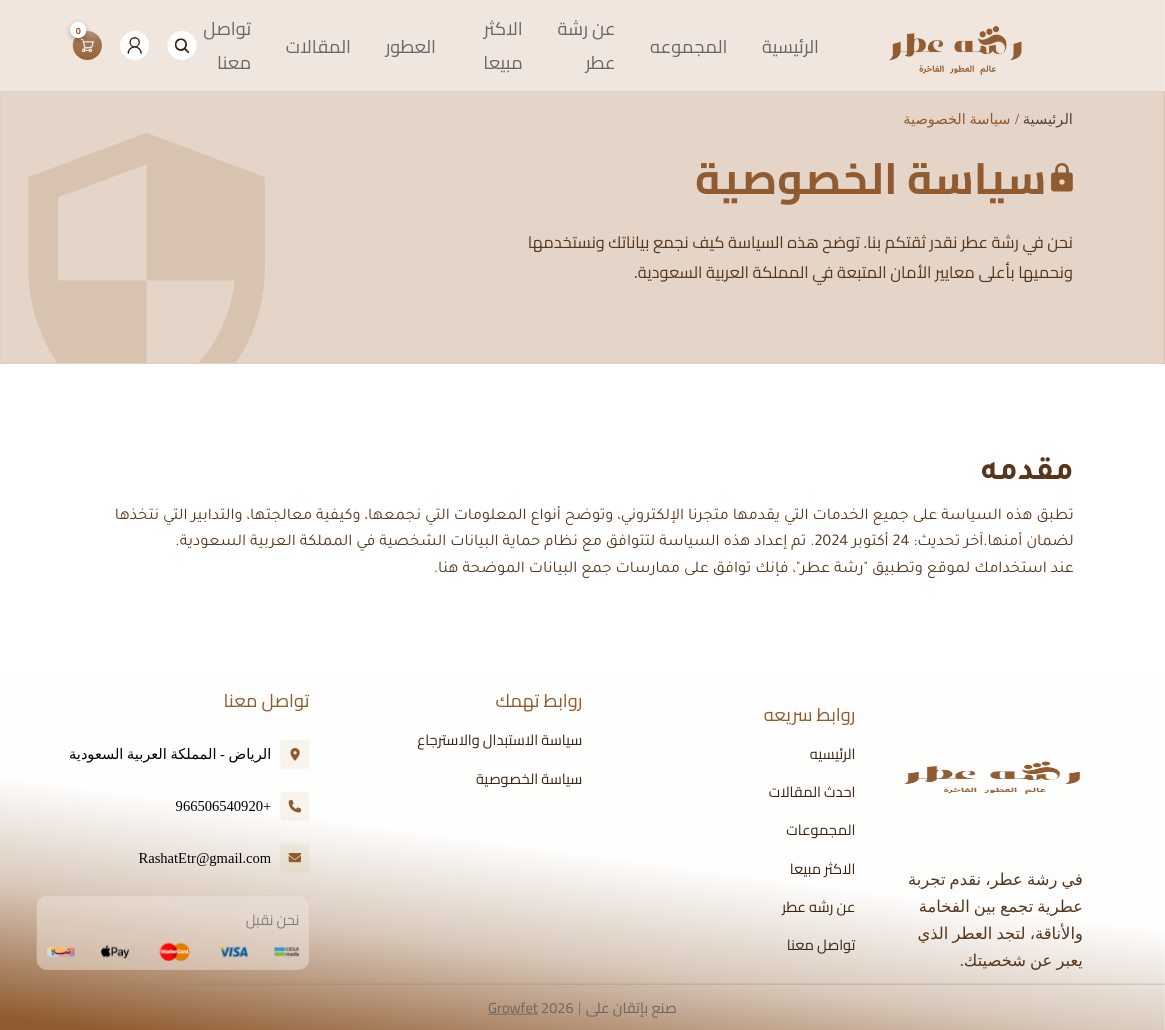
Repository: mahmoudesh74/rashet-3tr
Page: /PrivacyPolicyPage
An editor plug-in stored every save of this project. The page is shown before and after the next save, followed by the edit.
The browser window is 1280 px wide. The pictures show the whole page, at 91% of full size.
Some web fonts or font styles are not loaded; a fallback is used. The project was rebuilt for these pictures with package versions that can differ from the ones it lists, and the page was loaded fresh each time. Also part of the build but not shown: vite.config.js, src/App.css, src/components/HeaderSection/Header.css, src/components/HeaderSection/Header.jsx, src/components/GroupSection/GroupSection.css, src/components/GroupSection/GroupSection.jsx, src/components/AboutSection/AboutSection.css, src/components/AboutSection/AboutSection.jsx and 17 more. Imported but missing from the stored project, and not drawn on this page: src/assets/vedio.mp4.

Above is the page before, as saved 2026-09-23 11:33:31.

### index.html
<!doctype html>
<html lang="ar" dir="rtl">
  <head>
    <meta charset="UTF-8" />
    <link rel="icon" type="image/svg+xml" href="/favicon.svg" />
    <meta name="viewport" content="width=device-width, initial-scale=1.0" />
    <title>rashet-3tr</title>
    <link rel="preconnect" href="https://fonts.googleapis.com">
<link rel="preconnect" href="https://fonts.gstatic.com" crossorigin>
<link href="https://fonts.googleapis.com/css2?family=Be+Vietnam+Pro:ital,wght@0,100;0,200;0,300;0,400;0,500;0,600;0,700;0,800;0,900;1,100;1,200;1,300;1,400;1,500;1,600;1,700;1,800;1,900&family=Cairo:wght@200..1000&family=IBM+Plex+Sans:ital,wght@0,100..700;1,100..700&family=Kameron:wght@400..700&family=Noto+Rashi+Hebrew:wght@100..900&family=Plus+Jakarta+Sans:ital,wght@0,200..800;1,200..800&family=Roboto:ital,wght@0,100..900;1,100..900&family=Tajawal:wght@200;300;400;500;700;800;900&display=swap" rel="stylesheet">
    <link rel="preconnect" href="https://fonts.googleapis.com">
<link rel="preconnect" href="https://fonts.gstatic.com" crossorigin>
<link href="https://fonts.googleapis.com/css2?family=Be+Vietnam+Pro:ital,wght@0,100;0,200;0,300;0,400;0,500;0,600;0,700;0,800;0,900;1,100;1,200;1,300;1,400;1,500;1,600;1,700;1,800;1,900&family=Cairo:wght@200..1000&family=IBM+Plex+Sans:ital,wght@0,100..700;1,100..700&family=Kameron:wght@400..700&family=Noto+Rashi+Hebrew:wght@100..900&family=Plus+Jakarta+Sans:ital,wght@0,200..800;1,200..800&display=swap" rel="stylesheet">
    <link rel="preconnect" href="https://fonts.googleapis.com">
<link rel="preconnect" href="https://fonts.gstatic.com" crossorigin>
<link href="https://fonts.googleapis.com/css2?family=Be+Vietnam+Pro:ital,wght@0,100;0,200;0,300;0,400;0,500;0,600;0,700;0,800;0,900;1,100;1,200;1,300;1,400;1,500;1,600;1,700;1,800;1,900&family=Cairo:wght@200..1000&family=IBM+Plex+Sans:ital,wght@0,100..700;1,100..700&family=Kameron:wght@400..700&display=swap" rel="stylesheet">
 <link rel="preconnect" href="https://fonts.googleapis.com">
<link rel="preconnect" href="https://fonts.gstatic.com" crossorigin>
<link href="https://fonts.googleapis.com/css2?family=Be+Vietnam+Pro:ital,wght@0,100;0,200;0,300;0,400;0,500;0,600;0,700;0,800;0,900;1,100;1,200;1,300;1,400;1,500;1,600;1,700;1,800;1,900&family=Cairo:wght@200..1000&family=IBM+Plex+Sans:ital,wght@0,100..700;1,100..700&family=Kameron:wght@400..700&family=Plus+Jakarta+Sans:ital,wght@0,200..800;1,200..800&display=swap" rel="stylesheet">
</head>
  <body>
    <div id="root"></div>
    <script type="module" src="/src/main.jsx"></script>
  </body>
</html>

### src/main.jsx
import React from "react";
import ReactDOM from "react-dom/client";
import { BrowserRouter } from "react-router-dom";
import App from "./App.jsx";

ReactDOM.createRoot(document.getElementById("root")).render(
  <React.StrictMode>
    <BrowserRouter>
      <App />
    </BrowserRouter>
  </React.StrictMode>
);

### src/App.jsx
import "./App.css";
import HomePage from "./pages/HomePage/homePag";
import NavBar from "./components/NavBar/NavBar";
import Footer from "./components/Footer/Footer";
import { Routes, Route } from "react-router-dom";
import GroupPage from "./pages/GroupPage/GroupPage";
import GroupCatalog from "./pages/groupCatalog/groupCatalog";
import AboutRashetEtr from "./pages/AboutRashetEtr/AboutRashetEtr";
import PrivacyPolicyPage from "./pages/PrivacyPolicy/privacyPolicy"
function App() {
  return (
    <>
      <NavBar />

      <Routes>
        <Route path="/" element={<HomePage />} />
        <Route path="/GroupPage" element={<GroupPage />} />
        <Route path="/GroupCatalog/:id" element={<GroupCatalog />} />
        <Route path="/AboutRashetEtr" element={<AboutRashetEtr />} />
        <Route path="/PrivacyPolicyPage" element={<PrivacyPolicyPage />} />

      </Routes>

      <Footer />
    </>
  );
}

export default App;

### src/components/NavBar/NavBar.jsx
import { useState } from "react";
import styles from "./NavBar.module.css";
import LogoImage from "../../assets/logo-rashet-3tr.png";
import SearchIcon from "../../assets/search.svg";
import profileIcon from "../../assets/user.svg";
import cartIcon from "../../assets/cart.svg";
import Modal from "../../components/Model/Modal";
import LoginForm from "../../pages/LoginPage/LoginPage";
import { Link, useLocation, useNavigate } from "react-router-dom";

const links = [
  { label: "الرئيسية", to: "/" },
  { label: "المجموعه", section: "groups" },
  { label: "عن رشة عطر", to: "/AboutRashetEtr" },
  { label: "الاكثر مبيعا", section: "bestSeller" },
  { label: "العطور", section: "perfumes" },
  { label: "المقالات", section: "articles" },
  { label: "تواصل معنا", section: "contactUs" },
];

export default function Navbar() {
  const [isLoginOpen, setIsLoginOpen] = useState(false);

  const navigate = useNavigate();
  const location = useLocation();

  const handleSectionClick = (e, sectionId) => {
    e.preventDefault();

    if (location.pathname === "/") {
      const section = document.getElementById(sectionId);

      if (section) {
        section.scrollIntoView({
          behavior: "smooth",
          block: "start",
        });
      }
    } else {
      navigate(`/?scroll=${sectionId}`);
    }
  };

  return (
    <>
      <nav dir="rtl" className={styles.navbar}>
        <div className={styles.container}>

          <img
            src={LogoImage}
            alt="LogoImage"
            className={styles.logoImage}
          />

          <ul className={styles.links}>
            {links.map((link) => (
              <li key={link.label}>

                {link.section ? (
                  <Link
                    to={`/#${link.section}`}
                    onClick={(e) =>
                      handleSectionClick(e, link.section)
                    }
                    className={styles.link}
                  >
                    {link.label}
                  </Link>
                ) : (
                  <Link
                    to={link.to}
                    className={styles.link}
                  >
                    {link.label}
                  </Link>
                )}

              </li>
            ))}
          </ul>

          <div className={styles.icons}>

            <div className={styles.search}>
              <img src={SearchIcon} alt="بحث" />
            </div>

            <div
              className={styles.profile}
              onClick={() => setIsLoginOpen(true)}
              style={{ cursor: "pointer" }}
            >
              <img src={profileIcon} alt="مستخدم" />
            </div>

            <div className={styles.cart}>
              <img src={cartIcon} alt="سلة" />
              <span className={styles.cartCount}>0</span>
            </div>

          </div>
        </div>
      </nav>

      <Modal
        isOpen={isLoginOpen}
        onClose={() => setIsLoginOpen(false)}
      >
        <LoginForm onClose={() => setIsLoginOpen(false)} />
      </Modal>
    </>
  );
}

### src/pages/PrivacyPolicy/privacyPolicy.jsx
import "./privacyPolicy.css";
import CloseIcon from "../../assets/close-Icon.svg";
import privacy from "../../assets/privacy.png";
export default function PrivacyPolicyPage() {
  return (
    <div className="privacyPolicyPage">
      <div className="pageHeaderContent">
        <div className="privacyPolicyTitle">
          <p>الرئيسية / </p> سياسة الخصوصية
        </div>
        <div className="privacyPolicyHeader">
          <div className="privacyPolicyHeaderImg">
            <img src={CloseIcon} alt="" />
            <h1>سياسة الخصوصية</h1>
          </div>
          <div className="privacyPolicyHeaderDes">
            <p>
              نحن في رشة عطر نقدر ثقتكم بنا. توضح هذه السياسة كيف نجمع بياناتك
              ونستخدمها ونحميها بأعلى معايير الأمان المتبعة في المملكة العربية
              السعودية.
            </p>
          </div>
        </div>
        <img src={privacy} alt="" className="headerShieldImg" />
      </div>
      <div className="introSection">
        <h2>مقدمه</h2>
        <p>
          تطبق هذه السياسة على جميع الخدمات التي يقدمها متجرنا الإلكتروني، وتوضح
          أنواع المعلومات التي نجمعها، وكيفية معالجتها، والتدابير التي نتخذها
          لضمان أمنها.آخر تحديث: 24 أكتوبر 2024. تم إعداد هذه السياسة لتتوافق مع
          نظام حماية البيانات الشخصية في المملكة العربية السعودية. <br /> عند استخدامك
          لموقع وتطبيق "رشة عطر"، فإنك توافق على ممارسات جمع البيانات الموضحة
          هنا.
        </p>
      </div>
    </div>
  );
}

### src/pages/HomePage/homePage.css
*{
  padding: 0;
  margin: 0;
}
.HomePageHader {
  position: relative;
  width: 100%;
  height: 750px;

}

.HeaderBgVideo {
  position: absolute;
  top: 50%;
  left: 50%;
  min-width: 100%;
  min-height: 100%;
  width: auto;
  height: auto;
  transform: translate(-50%, -50%);
  object-fit: cover;
  z-index: -1;
}

.HeaderContent {
  position: relative;
  z-index: 1;
}

### src/components/NavBar/NavBar.module.css
.navbar {
  width: 100%;
  background-color:  #EFE4DBE5;
  height: 100px;

  position: absolute;
  top: 0;
  right: 0;
  left: 0;
  z-index: 100;
}

.container {
  height: 100px;
  display: flex;
  align-items: center;
  justify-content: space-evenly;
  padding-top: 16px;
  padding-bottom: 16px;
  padding-left: 80px;
  padding-right: 80px;
}
.logoImage {
  width: auto;
  height: 300px;
  object-fit: contain;
  scale: crop;
}

.links {
  align-items: center;
  gap: 38px;
  list-style: none;
  margin: 0;
  padding: 0;
}

@media (min-width: 768px) {
  .links {
    display: flex;
  }
}

.link {
  font-size: 20px;
  color: #696767;
  text-decoration: none;
  padding-bottom: 4px;
  font-family: "cairo";
  font-weight: 400;
}



.icons {
  display: flex;
  align-items: center;
  gap: 20px;
  flex-shrink: 0;
}
.search {
  display: flex;
  align-items: center;
  width: 32px;
  height: 32px;
  border-radius: 50%;
  background-color: #FFFFFF;
  justify-content: center;
  cursor: pointer;
}
.profile {
  cursor: pointer;
  display: flex;
  align-items: center;
  width: 32px;
  height: 32px;
  border-radius: 50%;
  background-color: #FFFFFF;
  justify-content: center;
}

.cart {
  position: relative;
  cursor: pointer;
  display: flex;
  align-items: center;
  justify-content: center;
  width: 32px;
  height: 32px;
  border-radius: 50%;
  background: linear-gradient(
    180deg,
    #ba987c 0%,
    #a57956 27.68%,
    #905B30 125.82%
  );
}

.cartCount {
  position: absolute;
  top: -10px;
  left: -3px;
  width: 18px;
  height: 18px;
  display: flex;
  align-items: center;
  justify-content: center;
  border-radius: 50%;
  background: #fff;
  color: #905B30;
  font-size: 10px;
  font-weight: 700;
  font-family: "cairo";
  box-shadow: 0 2px 6px #0000004d;
}
.link {
  position: relative;
  text-decoration: none;
}

.link::after {
  content: "";
  position: absolute;
  bottom: -8px;
  left: 0;
  width: 0;
  height: 3px;
  background-color: #905B30;
  transition: width 0.3s ease;
}

.link:hover::after {
  width: 100%;
}



@media (max-width: 1024px) {
  .navbar,
  .container {
    height: 90px;
  }
  .logoImage {
    height: 220px;
  }
  .links {
    gap: 22px;
  }
  .link {
    font-size: 16px;
  }
}

@media (max-width: 767px) {
  .navbar,
  .container {
    height: 70px;
  }
  .logoImage {
    height: 160px;
  }
  .icons {
    gap: 14px;
  }
  .search,
  .profile,
  .cart {
    width: 28px;
    height: 28px;
  }
}

@media (max-width: 480px) {
  .navbar,
  .container {
    height: 60px;
  }
  .logoImage {
    height: 120px;
  }
}

### src/components/Footer/Footer.css
.Footer {
  width: 100%;
  height: auto;
  background: linear-gradient(7.52deg, #905B30 2.66%, rgba(178, 147, 120, 0.5) 28.7%, rgba(212, 203, 192, 0) 50%),
    linear-gradient(0deg, rgba(251, 248, 245, 0.2), rgba(251, 248, 245, 0.2));
}
.row {
  width: 100%;
  display: flex;
  padding: 10px 40px 10px 40px;
}
.LogoContainer {
  display: flex;
  width: 25%;
  flex-direction: column;
  align-items: center;
  justify-content: center;
}
.LogoContainer img {
  width: 400px;
  height: 200px;
}
.LogoContainer p {
  max-width: 200px;
  font-family: "Cairo0";
  font-size: 18px;
  font-weight: 400;
  color: #56371D;
  line-height: 30px;
}
.LinksContainer {
  width: 25%;
  gap: 10px;
  display: flex;
  flex-direction: column;

  justify-content: center;
}
.LinksContainer h3 {
  font-size: 20px;
  font-weight: 400;
  font-family: "Cairo";
  color: #905B30;
}
.LinksContainer a {
  font-size: 16px;
  font-weight: 400;
  color: #3a2413;
  font-family: "Cairo";
  text-decoration: none;
}
.ownLinks {
  width: 25%;
  gap: 10px;
  display: flex;
  flex-direction: column;

}
.ownLinks h3 {
  font-size: 20px;
  font-weight: 400;
  font-family: "Cairo";
  color: #905B30;
}
.ownLinks a {
  font-size: 16px;
  font-weight: 400;
  color: #3a2413;
  font-family: "Cairo";
  text-decoration: none;
}
.contactWithUs {
  width: 25%;
  gap: 25px;
  display: flex;
  flex-direction: column;

}
.contactWithUs h3 {
  font-size: 20px;
  font-weight: 400;
  font-family: "Cairo";
  color: #905B30;
}
.location {
  display: flex;
  align-items: center;
  gap: 10px;
}
.locationIcon {
  display: flex;
  align-items: center;
  justify-content: center;
  width: 32px;
  height: 32px;
  background-color: #C5A0591A;
  border-radius: 4px;
}
.phoneIcon {
  display: flex;
  align-items: center;
  justify-content: center;
  width: 32px;
  height: 32px;
  background-color: #C5A0591A;
  border-radius: 4px;
}


.linkItem {
  display: flex;
  flex-direction: column;
  align-items: flex-start;
  width: fit-content;
}

.FooterLine {
  height: 2px;
  width: 20px;
  background-color: #905B30;
  border-radius: 8px;


  opacity: 0;
  transform: scaleX(0);
  transform-origin: right;
  transition: opacity 0.2s ease, transform 0.2s ease;
}

.linkItem:hover .FooterLine {
  opacity: 1;
  transform: scaleX(1);
}
.makeby{
    align-items: center;
    justify-content: center;
    display: flex;
    border-top: 1px solid #8A7A6A80;

   padding: 10px 0 10px 0;
    gap: 5px;
    color: #6B6764;

}
.makeby p{
    font-size: 16px ;
    font-weight: 400;
    font-family: "Cairo";
    color: #6B6764;
}
.payed{
    height:82px;
    width: 100%;
    background-color: #EFE6DD80;
    border: 1px solid #C5A0591A;
    border-radius: 12px;

}
.payed p{
  margin: 0;
  padding: 10px;
    font-family: "Cairo";
    font-size: 16px;
    font-weight: 400;
    color: #2D292680;
}
.payrow {
    display: flex;
    justify-content: space-between;
    gap: 20px;
    padding: 0 10px 0 10px;
}

### src/pages/PrivacyPolicy/privacyPolicy.css
.privacyPolicyPage {
  margin-top: 100px;

  width: 100%;
}
.pageHeaderContent{
  position: relative;
  overflow: hidden;
    padding-right:100px ;
    padding-top: 20px;
    width:100%;
    height: 300px;
    display: flex;
    flex-direction: column;

   background: linear-gradient(0deg, #E4D5C8, #E4D5C8),
linear-gradient(90deg, #905B30 0%, #E4D5C8 58.24%);

border: 1px solid #D5C3B84D;
}
.headerShieldImg {
  position: absolute;
  left: 30px;
  bottom: 0;
  width: 260px;
  height: auto;
}
.privacyPolicyTitle {
  display: flex;
  color: #905B30;
  gap: 5px;
}
.privacyPolicyTitle p {
  color: #53433d;
}
.privacyPolicyHeader {

  gap: 5px;

}
.privacyPolicyHeader h1 {
  font-size: 48px;
  font-weight: 700;
  font-family: "Cairo";
  color: #905B30;
}
.privacyPolicyHeaderImg{
    padding-top: 10px;
    padding-bottom: 10px;
    display: flex;
    gap: 5px;

}
.privacyPolicyHeaderDes p{

font-family: "Cairo";
font-weight: 400;
font-size: 18px;
color: #56371D;
max-width: 600px;
}
.introSection{
    padding: 100px;
}
.introSection h2{
    font-family: "Tajawal";
font-weight: 700;
font-size: 36px;
color: #56371D;

    padding-bottom: 10px;
}
.introSection p{
    font-family: "Tajawal";
font-weight: 400;
font-size: 18px;
color: #56371D;
max-width: 1300px;
line-height: 29.25px;

}

### src/pages/LoginPage/LoginPage.css
* {
  box-sizing: border-box;
}

.login-card {
  position: relative;
  background: #FFFFFF;
  width: 100%;
  border-radius: 20px;
  padding: 48px 44px;
}

.login-close {
  position: absolute;
  top: 16px;
  left: 16px;
  width: 32px;
  height: 32px;
  border-radius: 50%;
  border: none;
  background: #f3ede1;
  color: #6b6258;
  font-size: 20px;
  line-height: 1;
  cursor: pointer;
  display: flex;
  align-items: center;
  justify-content: center;
  transition: background 0.15s ease;
}

.login-close:hover {
  background: #e4dccb;
}

.login-title {
  font-size: 24px;
  font-weight: 700;
  font-family: "Cairo";
  color: #3a2413;
  text-align: center;
  margin: 0;
}

.login-subtitle {
  text-align: center;
  color: #717182;
  font-size: 16px;
  font-weight: 400;
  font-family: "SF Pro";
  margin-top: 8px;
  margin-bottom: 32px;
}

.google-btn {
  width: 100%;
  display: flex;
  align-items: center;
  justify-content: center;
  gap: 10px;
  padding: 14px;
  border: 2px solid #1a71f6;
  border-radius: 12px;
  background: #FFFFFF;
  color: #1a71f6;
  font-family: "Plus Jakarta Sans";
  font-size: 14px;
  font-weight: 700;
  cursor: pointer;
  transition: background 0.15s ease;
}

.divider {
  display: flex;
  align-items: center;
  gap: 14px;
  margin: 28px 0;
  color: #323130;
  font-size: 12px;
  font-weight: 700;
  font-family: "Plus Jakarta Sans";
}

.divider-line {
  flex: 1;
  height: 0.5px;
  background: #1a71f6;
}

.field {
  margin-bottom: 20px;
}

.field-label {
  display: block;
  font-size: 14px;
  font-weight: 700;
  color: #323130;
  font-family: "Plus Jakarta Sans";
  margin-bottom: 8px;
}

.text-input {
  width: 100%;
  padding: 14px 16px;
  border: 1.6px solid #d1d1d1;
  border-radius: 16px;
  font-family: "Plus Jakarta Sans";
  font-size: 14px;
  font-weight: 400;
  color: #333333;
  background: #FFFFFF;
  outline: none;
  transition: border-color 0.15s ease;
}

.text-input:focus {
  border-color: #a8642f;
}

.text-input::placeholder {
  color: #737373;
  font-family: "Plus Jakarta Sans";
  font-weight: 400;
  font-size: 14px;
}

.password-wrap {
  position: relative;
}

.password-wrap .text-input {
  padding-left: 44px;
}

.toggle-eye {
  position: absolute;
  left: 14px;
  top: 50%;
  transform: translateY(-50%);
  background: none;
  border: none;
  cursor: pointer;
  color: #6b6258;
  display: flex;
  padding: 0;
}

.toggle-eye svg {
  width: 20px;
  height: 20px;
}

.form-row {
  display: flex;
  align-items: center;
  justify-content: space-between;
  margin-bottom: 28px;
  font-size: 14px;
}

.remember-label {
  display: flex;
  align-items: center;
  gap: 8px;
  color: #333333;
  font-size: 14px;
  font-weight: 700;
  font-family: "Plus Jakarta Sans";
  cursor: pointer;
}

.remember-checkbox {
  width: 17px;
  height: 17px;
  accent-color: #905B30;
  cursor: pointer;
}

.forgot-link {
  color: #1a71f6;
  font-size: 14px;
  font-family: "Plus Jakarta Sans";
  font-weight: 700;
}

.forgot-link:hover {
  text-decoration: underline;
}

.submit-btn {
  width: 100%;
  padding: 15px;
  border: none;
  border-radius: 12px;
  background: #905B30;
  color: #FFFFFF;
  font-family: "Plus Jakarta Sans";
  font-size: 14px;
  font-weight: 700;
  cursor: pointer;
  transition: background 0.15s ease;
}

.submit-btn:hover {
  background: #8b5024;
}

.footer-text {
  text-align: center;
  margin-top: 22px;
  font-size: 14px;
  font-family: "Plus Jakarta Sans";
  font-weight: 400;
  color: #323130;
}





/* Responsive */
@media (max-width: 600px) {
  .login-card {
    padding: 32px 24px;
    border-radius: 16px;
  }

  .login-title {
    font-size: 24px;
  }

  .login-subtitle {
    font-size: 14px;
    margin-bottom: 24px;
  }

  .google-btn {
    padding: 12px;
    font-size: 14px;
  }

  .text-input {
    padding: 12px 14px;
    font-size: 14px;
  }

  .password-wrap .text-input {
    padding-left: 40px;
  }

  .form-row {
    flex-wrap: wrap;
    gap: 10px;
  }

  .submit-btn {
    padding: 13px;
    font-size: 15px;
  }
}

@media (max-width: 360px) {
  .login-card {
    padding: 24px 18px;
  }

  .login-title {
    font-size: 21px;
  }
}

Loaded but not shown: src/components/Footer/Footer.jsx (169 lines, source omitted)

After the next save:
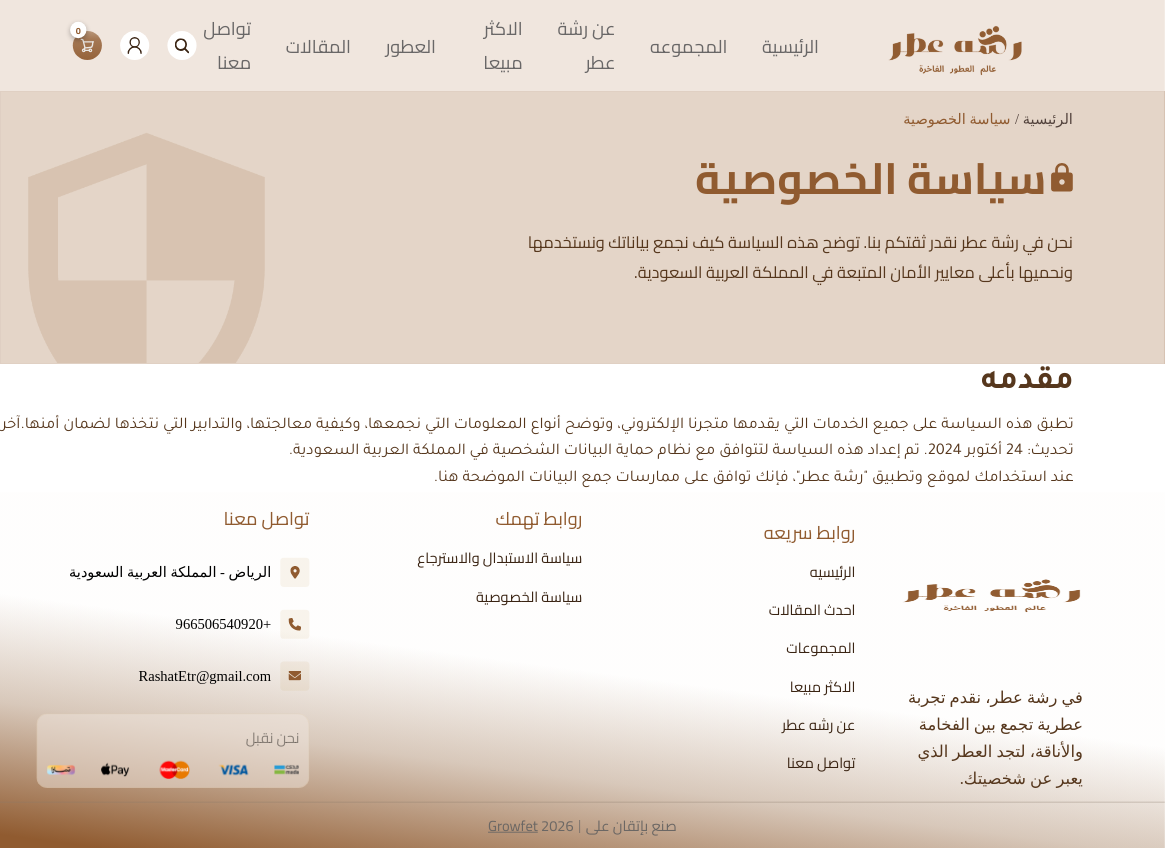
Saved 15 s later.
--- a/src/pages/PrivacyPolicy/privacyPolicy.css
+++ b/src/pages/PrivacyPolicy/privacyPolicy.css
@@ -60,7 +60,7 @@
 max-width: 600px;
 }
 .introSection{
-    padding: 100px;
+    padding-right: 100px;
 }
 .introSection h2{
     font-family: "Tajawal";
